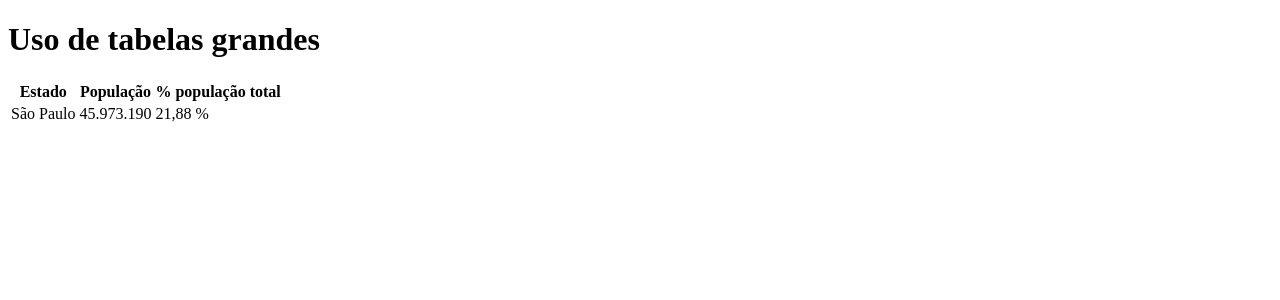
Repository: railsondev/html-css
Page: Módulo3/Exercicios/Ex02 - Tabelas/tabela002.html
An editor plug-in stored every save of this project. The page is shown before and after a run of saves, followed by the edit.
The browser window is 1280 px wide. The pictures show the whole page.

Above is the page before, as saved 2024-10-18 18:00:53.

### Módulo3/Exercicios/Ex02 - Tabelas/tabela002.html
<!DOCTYPE html>
<html lang="pt-br">
<head>
  <meta charset="UTF-8">
  <meta name="viewport" content="width=device-width, initial-scale=1.0">
  <title>Tabelas grandes</title>
  <link rel="stylesheet" href="src/css/estilo01.css">
</head>
<body>
  <h1>Uso de tabelas grandes</h1>
  <table>
    <thead>
      <tr>
        <th>Estado</th>
        <th>População</th>
        <th>% população total</th>
      </tr>
    </thead>
    <tbody>
      <td>São Paulo</td>
      <td>45.973.190</td>
      <td class="porc">21,88</td>
    </tbody>
    <tfoot>

    </tfoot>
  </table>
</body>
</html>

### Módulo3/Exercicios/Ex02 - Tabelas/src/css/estilo01.css
@charset 'UTF-8';

.porc::after {
  content: ' %';
}

table {
  border
}

After the next 3 saves:
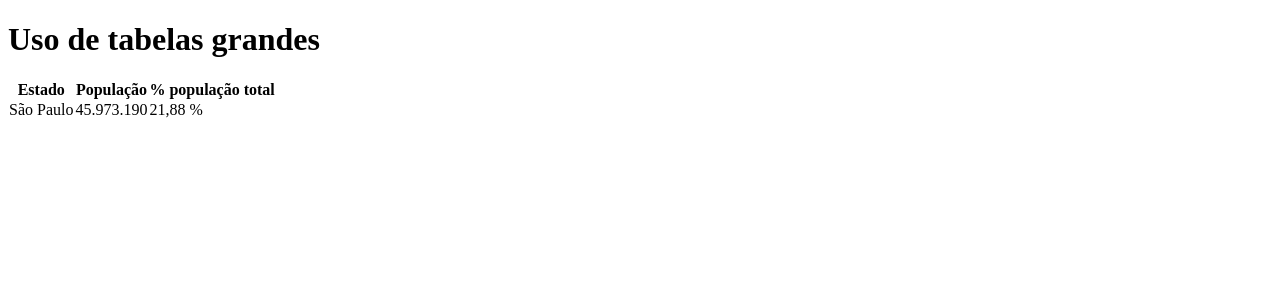
The 3 saves are shown as one change because they came seconds apart.
The last was saved 8 s later.
--- a/Módulo3/Exercicios/Ex02 - Tabelas/src/css/estilo01.css
+++ b/Módulo3/Exercicios/Ex02 - Tabelas/src/css/estilo01.css
@@ -5,5 +5,5 @@
 }
 
 table {
-  border
+  border-collapse: collapse;
 }
